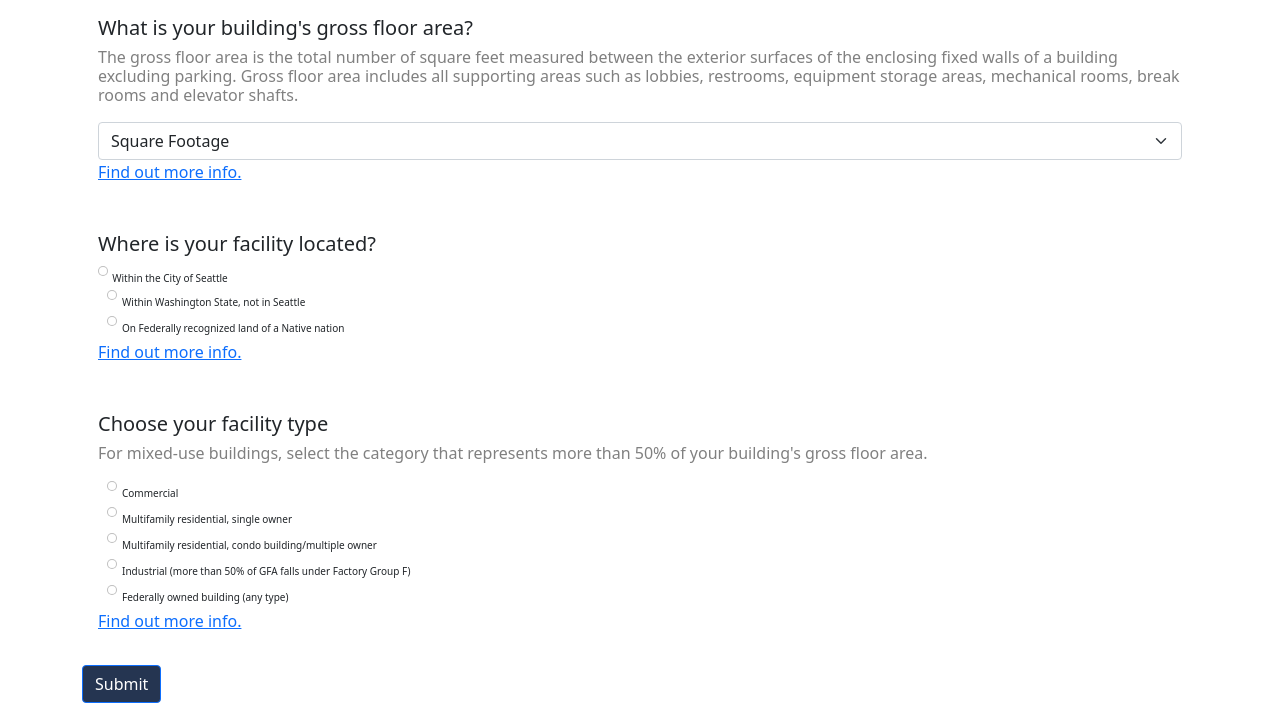
Repository: ChaidGPT/SershonSystemsQuiz
Page: index.html
The author's editor kept a copy of each file at every save. The page is drawn from the files as they stood at one save, then again after the next save.
The browser window is 1280 px wide. The pictures show the whole page.

Above is the page before, as saved 2023-07-07 15:49:21.

### index.html
<!DOCTYPE html>
<html>

<head>
	<meta charset="utf-8">
	<title>Quiz</title>
	<link rel="stylesheet" href="https://cdn.jsdelivr.net/npm/bootstrap@5.0.2/dist/css/bootstrap.min.css">
	<style>
	.card {
		/* max-width: auto; */
		min-width: 375;
        border: none;
	}

	.card-column {
		display: flex;
		flex-direction: column;
		align-items: center;
		max-width: auto;
	}

    .btn {
        color: white;
        background-color: #253551;
    }

	.card-body p {
		font-size: 10;
		color: gray;
		line-height: 1.2;
	}

	.form-check-input[type="radio"] {
        font-size: 10px;
    }

    .form-check-label {
        font-size: 10px;
    }
	</style>
</head>

<body>
	<div class="container">
		<!-- Question 1 Card -->
		<div class="card mb-3">
			<div class="card-body">
				<h5 class="card-title">What is your building's gross floor area?</h5>
				<p class="card-text">The gross floor area is the total number of square feet measured between the exterior surfaces of the enclosing fixed walls of a building excluding parking. Gross floor area includes all supporting areas such as lobbies, restrooms, equipment storage areas, mechanical rooms, break rooms and elevator shafts.</p>
				<div class="form-group">
					<select id="buildingSize" type="number" class="form-select">
						<option value="">Square Footage</option>
						<option value="under20k">less than 20k square feet</option>
						<option value="20kTo30k">20k - 30k square feet</option>
						<option value="30kTo50k">30k - 50k square feet</option>
						<option value="50kTo70k">50k - 70k square feet</option>
						<option value="70kTo90k">70k - 90k square feet</option>
						<option value="90kTo100k">90k - 100k square feet</option>
						<option value="100kTo200k">100k - 200k square feet</option>
						<option value="200kTo220k">200k - 220k square feet</option>
						<option value="over220k">over 220k square feet</option>
					</select>
				</div>
				<a href="" target="_blank">Find out more info.</a>
			</div>
		</div>
		<!-- Question 1 Card End -->

		<!-- Question 2 Card -->
		<div class="card mb-3">
			<div class="card-body">
				<h5 class="card-title">Where is your facility located?</h5>
				<div class="form-group">
					<input type="radio" id="seattle" name="buildingLocation" value="seattle" class="form-check-input">
					<label for="seattle" class="form-check-label">Within the City of Seattle</label>
				</div>
				<div class="form-check">
					<input type="radio" id="washington" name="buildingLocation" value="washington" class="form-check-input">
					<label for="washington" class="form-check-label">Within Washington State, not in Seattle</label>
				</div>
				<div class="form-check">
					<input type="radio" id="native" name="buildingLocation" value="native" class="form-check-input">
					<label for="native" class="form-check-label">On Federally recognized land of a Native nation</label>
				</div>
				<a href="" target="_blank">Find out more info.</a>
			</div>
		</div>
		<!-- Question 2 Card End -->

		<!-- Question 3 Card -->
		<div class="card mb-3">
			<div class="card-body">
				<h5 class="card-title">Choose your facility type</h5>
				<p class="card-text">For mixed-use buildings, select the category that represents more than 50% of your building's gross floor area.</p>
				<div class="form-group">
					<div class="form-check">
						<input type="radio" id="commercial" name="facilityType" value="commercial" class="form-check-input">
						<label for="commercial" class="form-check-label">Commercial</label>
					</div>
					<div class="form-check">
						<input type="radio" id="MFsingle" name="facilityType" value="MFsingle" class="form-check-input">
						<label for="MFsingle" class="form-check-label">Multifamily residential, single owner</label>
					</div>
					<div class="form-check">
						<input type="radio" id="MFmultiple" name="facilityType" value="MFmultiple" class="form-check-input">
						<label for="MFmultiple" class="form-check-label">Multifamily residential, condo building/multiple owner</label>
					</div>
					<div class="form-check">
						<input type="radio" id="industrial" name="facilityType" value="industrial" class="form-check-input">
						<label for="industrial" class="form-check-label">Industrial (more than 50% of GFA falls under Factory Group F)</label>
					</div>
					<div class="form-check">
						<input type="radio" id="federal" name="facilityType" value="federal" class="form-check-input">
						<label for="federal" class="form-check-label">Federally owned building (any type)</label>
					</div>
				</div>
				<a href="" target="_blank">Find out more info.</a>
			</div>
		</div>
		<!-- Question 3 Card End -->

		<button id="submitBtn" type="submit" class="btn btn-primary">Submit</button>
	</div>


	<script src="https://cdn.jsdelivr.net/npm/bootstrap@5.0.2/dist/js/bootstrap.bundle.min.js"></script>
	<script>

var messageTable = {
      'under20k-seattle-commercial': 'Message 1',
      'under20k-seattle-MFsingle': 'Message 2',
      'under20k-seattle-MFmultiple': 'Message 3',
      'under20k-seattle-industrial': 'Message 4',
      'under20k-seattle-federal': 'Message 5',
      'under20k-washington-commercial': 'Message 6',
      'under20k-washington-MFsingle': 'Message 7',
      'under20k-washington-MFmultiple': 'Message 8',
      'under20k-washington-industrial': 'Message 9',
      'under20k-washington-federal': 'Message 10',
      'under20k-native-commercial': 'Message 11',
      'under20k-native-MFsingle': 'Message 12',
      'under20k-native-MFmultiple': 'Message 13',
      'under20k-native-industrial': 'Message 14',
      'under20k-native-federal': 'Message 15',

      '20kTo30k-seattle-commercial': 'Message 16',
      '20kTo30k-seattle-MFsingle': 'Message 17',
      '20kTo30k-seattle-MFmultiple': 'Message 18',
      '20kTo30k-seattle-industrial': 'Message 19',
      '20kTo30k-seattle-federal': 'Message 20',
      '20kTo30k-washington-commercial': 'Message 21',
      '20kTo30k-washington-MFsingle': 'Message 22',
      '20kTo30k-washington-MFmultiple': 'Message 23',
      '20kTo30k-washington-industrial': 'Message 24',
      '20kTo30k-washington-federal': 'Message 25',
      '20kTo30k-native-commercial': 'Message 26',
      '20kTo30k-native-MFsingle': 'Message 27',
      '20kTo30k-native-MFmultiple': 'Message 28',
      '20kTo30k-native-industrial': 'Message 29',
      '20kTo30k-native-federal': 'Message 30',

      '30kTo50k-seattle-commercial': 'Message 31',
      '30kTo50k-seattle-MFsingle': 'Message 32',
      '30kTo50k-seattle-MFmultiple': 'Message 33',
      '30kTo50k-seattle-industrial': 'Message 34',
      '30kTo50k-seattle-federal': 'Message 35',
      '30kTo50k-washington-commercial': 'Message 36',
      '30kTo50k-washington-MFsingle': 'Message 37',
      '30kTo50k-washington-MFmultiple': 'Message 38',
      '30kTo50k-washington-industrial': 'Message 39',
      '30kTo50k-washington-federal': 'Message 40',
      '30kTo50k-native-commercial': 'Message 41',
      '30kTo50k-native-MFsingle': 'Message 42',
      '30kTo50k-native-MFmultiple': 'Message 43',
      '30kTo50k-native-industrial': 'Message 44',
      '30kTo50k-native-federal': 'Message 45',

      '50kTo70k-seattle-commercial': 'Message 46',
      '50kTo70k-seattle-MFsingle': 'Message 47',
      '50kTo70k-seattle-MFmultiple': 'Message 48',
      '50kTo70k-seattle-industrial': 'Message 49',
      '50kTo70k-seattle-federal': 'Message 50',
      '50kTo70k-washington-commercial': 'Message 51',
      '50kTo70k-washington-MFsingle': 'Message 52',
      '50kTo70k-washington-MFmultiple': 'Message 53',
      '50kTo70k-washington-industrial': 'Message 54',
      '50kTo70k-washington-federal': 'Message 55',
      '50kTo70k-native-commercial': 'Message 56',
      '50kTo70k-native-MFsingle': 'Message 57',
      '50kTo70k-native-MFmultiple': 'Message 58',
      '50kTo70k-native-industrial': 'Message 59',
      '50kTo70k-native-federal': 'Message 60',

      '70kTo90k-seattle-commercial': 'Message 61',
      '70kTo90k-seattle-MFsingle': 'Message 62',
      '70kTo90k-seattle-MFmultiple': 'Message 63',
      '70kTo90k-seattle-industrial': 'Message 64',
      '70kTo90k-seattle-federal': 'Message 65',
      '70kTo90k-washington-commercial': 'Message 66',
      '70kTo90k-washington-MFsingle': 'Message 67',
      '70kTo90k-washington-MFmultiple': 'Message 68',
      '70kTo90k-washington-industrial': 'Message 69',
      '70kTo90k-washington-federal': 'Message 70',
      '70kTo90k-native-commercial': 'Message 71',
      '70kTo90k-native-MFsingle': 'Message 72',
      '70kTo90k-native-MFmultiple': 'Message 73',
      '70kTo90k-native-industrial': 'Message 74',
      '70kTo90k-native-federal': 'Message 75',

      '90kTo100k-seattle-commercial': 'Message 76',
      '90kTo100k-seattle-MFsingle': 'Message 77',
      '90kTo100k-seattle-MFmultiple': 'Message 78',
      '90kTo100k-seattle-industrial': 'Message 79',
      '90kTo100k-seattle-federal': 'Message 80',
      '90kTo100k-washington-commercial': 'Message 81',
      '90kTo100k-washington-MFsingle': 'Message 82',
      '90kTo100k-washington-MFmultiple': 'Message 83',
      '90kTo100k-washington-industrial': 'Message 84',
      '90kTo100k-washington-federal': 'Message 85',
      '90kTo100k-native-commercial': 'Message 86',
      '90kTo100k-native-MFsingle': 'Message 87',
      '90kTo100k-native-MFmultiple': 'Message 88',
      '90kTo100k-native-industrial': 'Message 89',
      '90kTo100k-native-federal': 'Message 90',

      '100kTo200k-seattle-commercial': 'Message 91',
      '100kTo200k-seattle-MFsingle': 'Message 92',
      '100kTo200k-seattle-MFmultiple': 'Message 93',
      '100kTo200k-seattle-industrial': 'Message 94',
      '100kTo200k-seattle-federal': 'Message 95',
      '100kTo200k-washington-commercial': 'Message 96',
      '100kTo200k-washington-MFsingle': 'Message 97',
      '100kTo200k-washington-MFmultiple': 'Message 98',
      '100kTo200k-washington-industrial': 'Message 99',
      '100kTo200k-washington-federal': 'Message 100',
      '100kTo200k-native-commercial': 'Message 101',
      '100kTo200k-native-MFsingle': 'Message 102',
      '100kTo200k-native-MFmultiple': 'Message 103',
      '100kTo200k-native-industrial': 'Message 104',
      '100kTo200k-native-federal': 'Message 105',

      '200kTo220k-seattle-commercial': 'Message 106',
      '200kTo220k-seattle-MFsingle': 'Message 107',
      '200kTo220k-seattle-MFmultiple': 'Message 108',
      '200kTo220k-seattle-industrial': 'Message 109',
      '200kTo220k-seattle-federal': 'Message 110',
      '200kTo220k-washington-commercial': 'Message 111',
      '200kTo220k-washington-MFsingle': 'Message 112',
      '200kTo220k-washington-MFmultiple': 'Message 113',
      '200kTo220k-washington-industrial': 'Message 114',
      '200kTo220k-washington-federal': 'Message 115',
      '200kTo220k-native-commercial': 'Message 116',
      '200kTo220k-native-MFsingle': 'Message 117',
      '200kTo220k-native-MFmultiple': 'Message 118',
      '200kTo220k-native-industrial': 'Message 119',
      '200kTo220k-native-federal': 'Message 120',

      'over220k-seattle-commercial': 'Message 121',
      'over220k-seattle-MFsingle': 'Message 122',
      'over220k-seattle-MFmultiple': 'Message 123',
      'over220k-seattle-industrial': 'Message 124',
      'over220k-seattle-federal': 'Message 125',
      'over220k-washington-commercial': 'Message 126',
      'over220k-washington-MFsingle': 'Message 127',
      'over220k-washington-MFmultiple': 'Message 128',
      'over220k-washington-industrial': 'Message 129',
      'over220k-washington-federal': 'Message 130',
      'over220k-native-commercial': 'Message 131',
      'over220k-native-MFsingle': 'Message 132',
      'over220k-native-MFmultiple': 'Message 133',
      'over220k-native-industrial': 'Message 134',
      'over220k-native-federal': 'Message 135'
    };

		document.querySelector("#submitBtn").addEventListener("click", function(event) {
  		event.preventDefault(); // Prevents the default form submission behavior

  		var DD = document.querySelector('#buildingSize').value;
		var R1 = document.querySelector('input[name="buildingLocation"]:checked').value;
		var R2 = document.querySelector('input[name="facilityType"]:checked').value;

		var combination = DD + '-' + R1 + '-' + R2;

    // Retrieve the message from the message table using the combination key
    	var message = messageTable[combination] || 'Default message';

    // Show the alert with the corresponding message
    	alert(message);
});



	</script>

</body>

</html>

After the next save:
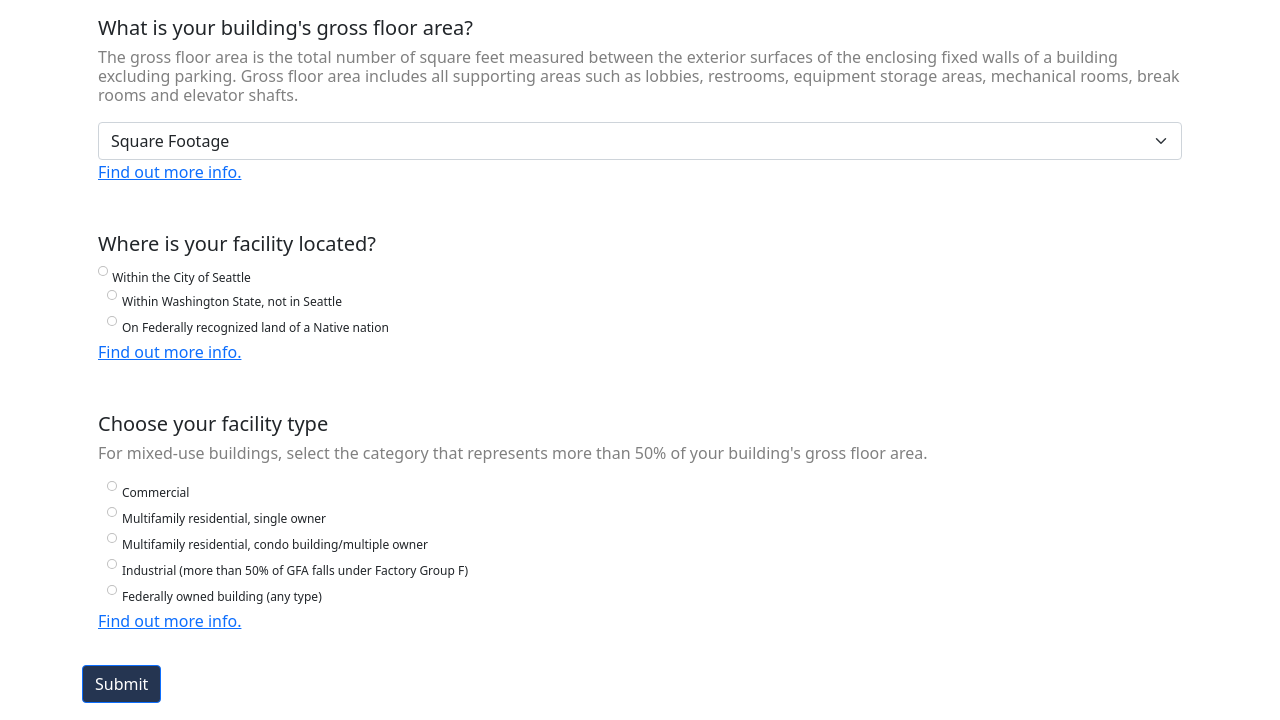
Saved 13 s later.
--- a/index.html
+++ b/index.html
@@ -35,7 +35,7 @@
     }
 
     .form-check-label {
-        font-size: 10px;
+        font-size: 12px;
     }
 	</style>
 </head>
